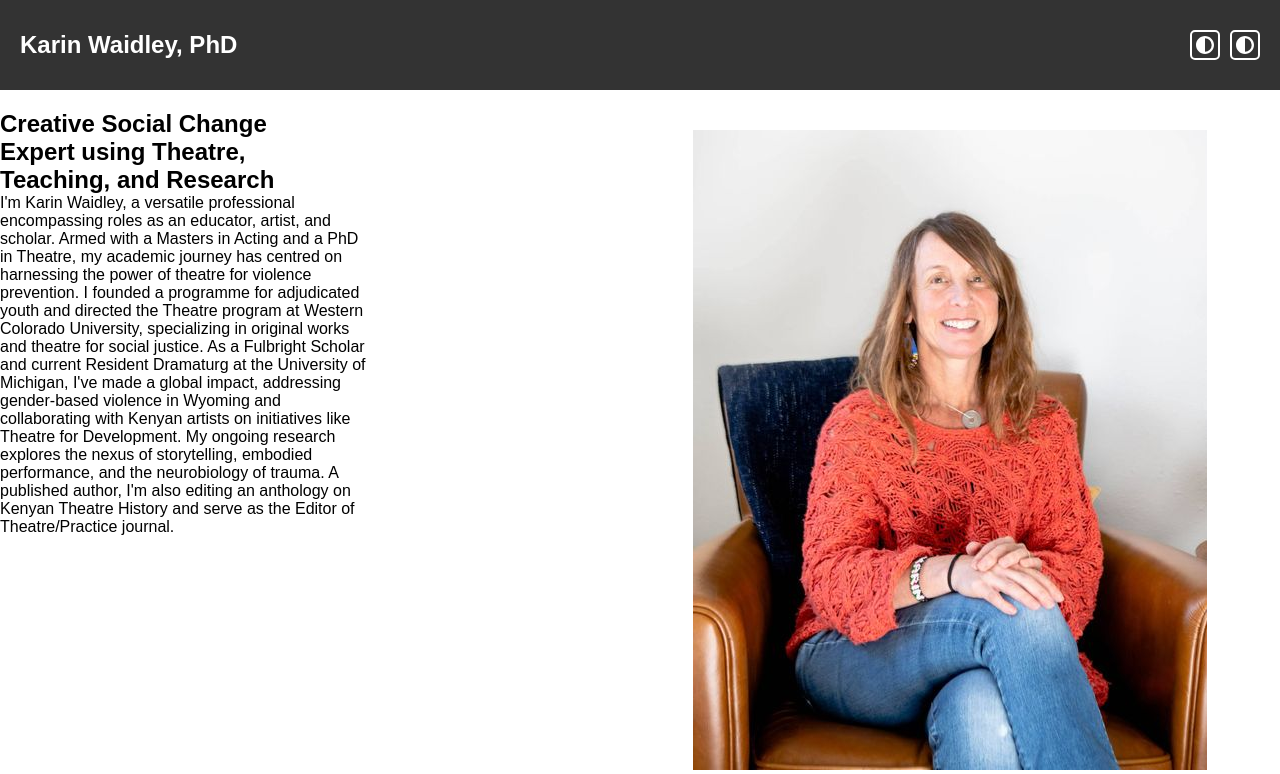
Repository: Ceasor7/Karin
Page: index.html
An editor plug-in stored every save of this project. The page is shown before and after the next save, followed by the edit.
The browser window is 1280 px wide. The pictures show the whole page.

Above is the page before, as saved 2023-12-14 13:34:58.

### index.html
<!DOCTYPE html>
<html lang="en">

<head>
    <meta charset="UTF-8">
    <meta name="viewport" content="width=device-width, initial-scale=1.0">
    <title>Karin Waidley, PhD | Home</title>
    <style>
        /* Resetting some default styles for better consistency */
        body,
        h1,
        h2,
        h3,
        p,
        ul,
        li {
            margin: 0;
            padding: 0;
            list-style: none;
        }

        /* Global styles */
        body {
            font-family: Arial, sans-serif;
        }

        /* Navbar styles */
        header {
            background-color: #333;
            color: white;
            padding: 10px 0;
        }

        .navbar {
            display: flex;
            justify-content: space-between;
            align-items: center;
            padding: 20px;
        }

        .navbar-logo {
            font-size: 1.5em;
            font-weight: bold;
        }

        .navbar-icons {
            display: flex;
            gap: 10px;
        }

        .dark-mode-toggle {
            color: var(--secondary-color);
            border: 2px solid currentColor;
            padding: 4px;
            background: transparent;
            cursor: pointer;
            border-radius: 5px;
            width: 30px;
            height: 30px;
        }

        /* Main content styles */
        section {
            margin-top: 20px;
        }

        /* Contact form styles */
        form {
            max-width: 600px;
            margin: 0 auto;
        }

        label {
            display: block;
            margin-bottom: 8px;
        }

        input,
        textarea,
        select {
            width: 100%;
            padding: 8px;
            margin-bottom: 16px;
            box-sizing: border-box;
        }

        /* New section styles */
        .image-section {
            text-align: center;
            margin-top: 20px;
        }

        .image-section img {
            max-width: 100%;
            height: auto;
        }

        /* Add this CSS to make the two divs beside each other */
        .flex-container {
            display: flex;
            justify-content: space-between;
            margin-top: 20px;
        }

        .flex-container>div {
            flex: 1;
            margin-right: 20px;
        }

        /* Home */
        .home-details {
            text-align: left;
            margin-right: 20px;
        }

        .home-details p {
            width: 60%;
        }

        /* Home */
    </style>
</head>

<body>
    <header>
        <div class="navbar">
            <div class="navbar-logo">Karin Waidley, PhD</div>
            <div class="navbar-icons">
                <button id="dark-mode-toggle" class="dark-mode-toggle">
                    <svg width="100%" xmlns="http://www.w3.org/2000/svg" viewBox="0 0 496 496">
                        <path fill="currentColor"
                            d="M8,256C8,393,119,504,256,504S504,393,504,256,393,8,256,8,8,119,8,256ZM256,440V72a184,184,0,0,1,0,368Z"
                            transform="translate(-8 -8)" />
                    </svg>
                </button>
                <button id="dark-mode-toggle" class="dark-mode-toggle">
                    <svg width="100%" xmlns="http://www.w3.org/2000/svg" viewBox="0 0 496 496">
                        <path fill="currentColor"
                            d="M8,256C8,393,119,504,256,504S504,393,504,256,393,8,256,8,8,119,8,256ZM256,440V72a184,184,0,0,1,0,368Z"
                            transform="translate(-8 -8)" />
                    </svg>
                </button>
            </div>
        </div>
    </header>
    <div class="flex-container">
        <div class="home-details">
            <h2>Creative Social Change<br> Expert using Theatre, <br>Teaching, and Research</h2>
            <p>I'm Karin Waidley, a versatile professional encompassing roles as an educator, artist, and scholar. Armed
                with a Masters in Acting and a PhD in Theatre, my academic journey has centred on harnessing the power
                of theatre for violence prevention. I founded a programme for adjudicated youth and directed the Theatre
                program at Western Colorado University, specializing in original works and theatre for social justice.
                As a Fulbright Scholar and current Resident Dramaturg at the University of Michigan, I've made a global
                impact, addressing gender-based violence in Wyoming and collaborating with Kenyan artists on initiatives
                like Theatre for Development. My ongoing research explores the nexus of storytelling, embodied
                performance, and the neurobiology of trauma. A published author, I'm also editing an anthology on Kenyan
                Theatre History and serve as the Editor of Theatre/Practice journal.</p>
        </div>
        <!-- New section with image -->
        <div class="image-section">
            <img src="images/Karin.jpeg" alt="Karin Waidley">
        </div>
    </div>

</body>

</html>

After the next save:
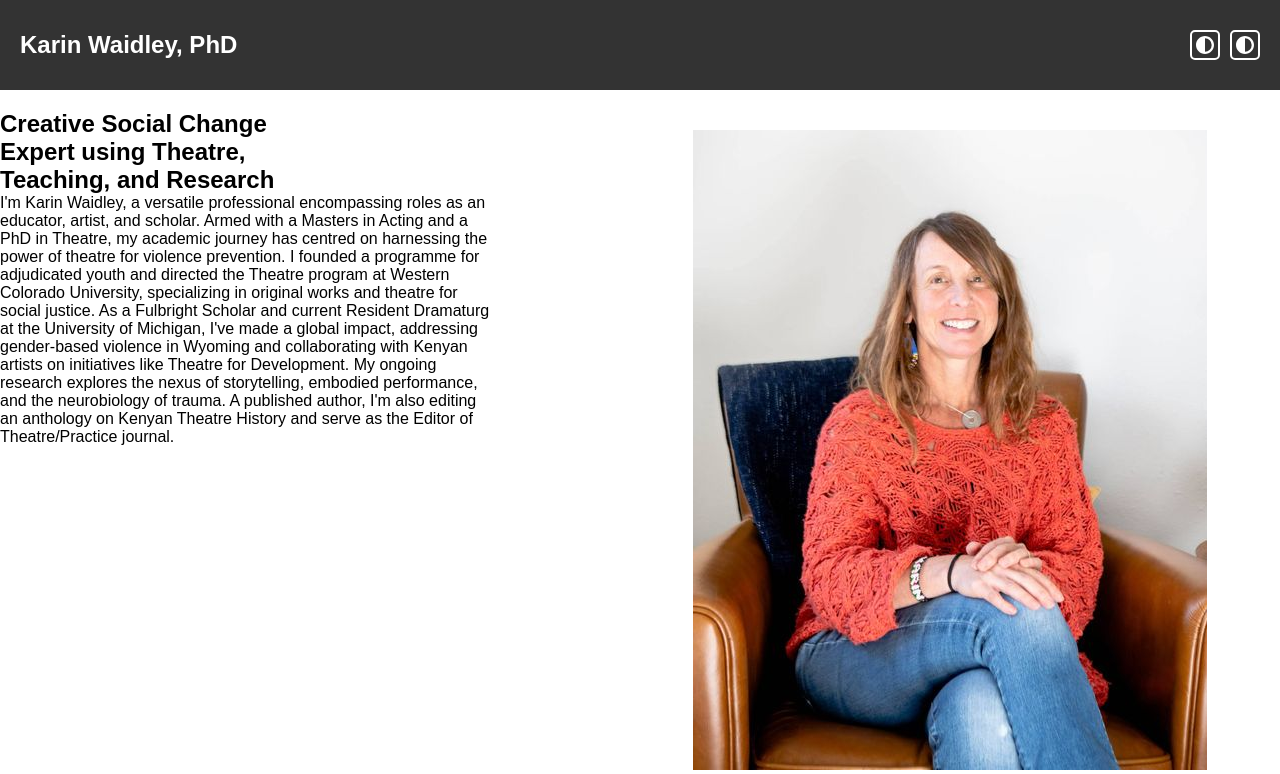
Saved 13 s later.
--- a/index.html
+++ b/index.html
@@ -114,7 +114,7 @@
         }
 
         .home-details p {
-            width: 60%;
+            width: 80%;
         }
 
         /* Home */
